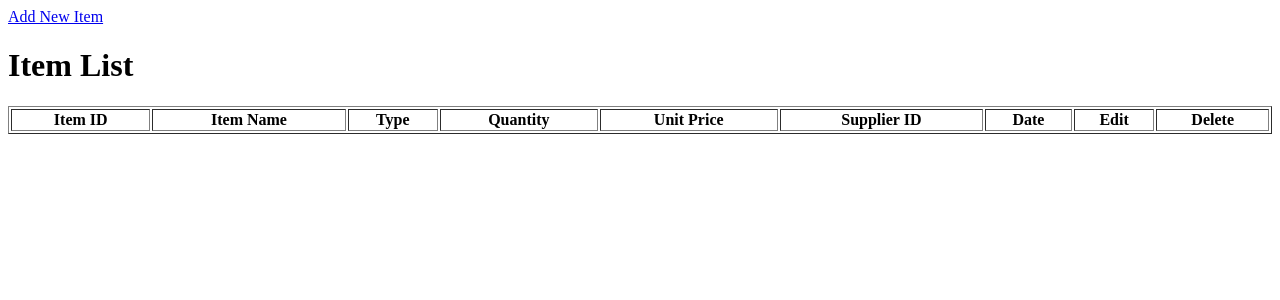
Repository: nirmaniPathiranage/CSSE-Procurement-Management
Page: http://localhost/Item_Management/ListItemServlet
The author's editor kept a copy of each file at every save. The page is drawn from the files as they stood at one save, then again after the next save.
The browser window is 1280 px wide. The pictures show the whole page.
The page is served by Tomcat 9. Queries for data that is not in the repository find no rows.

Above is the page before, as saved 2019-09-29 20:37:18.

After the next save:
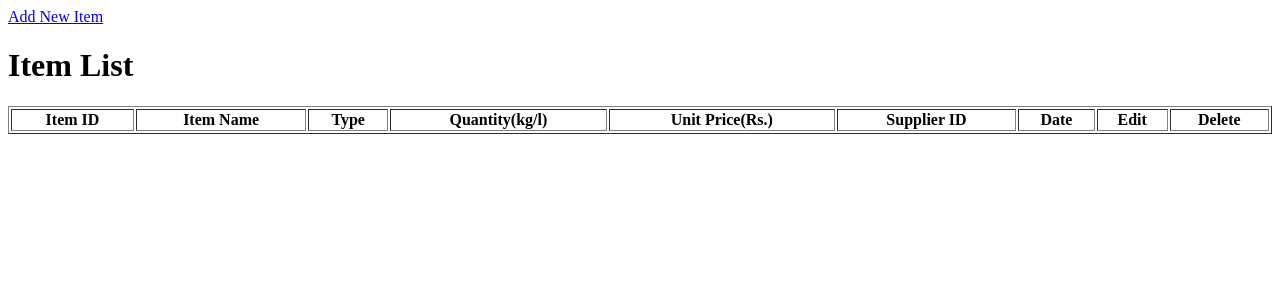
Saved 6 min 16 s later.
--- a/Item_Management/src/com/mvc/servlet/ListItemServlet.java
+++ b/Item_Management/src/com/mvc/servlet/ListItemServlet.java
@@ -45,7 +45,7 @@ public class ListItemServlet extends HttpServlet {
 
 		out.print("<table border='1' width='100%'");
 		out.print(
-				"<tr><th>Item ID</th><th>Item Name</th><th>Type</th><th>Quantity</th><th>Unit Price</th><th>Supplier ID</th><th>Date</th><th>Edit</th><th>Delete</th></tr>");
+				"<tr><th>Item ID</th><th>Item Name</th><th>Type</th><th>Quantity(kg/l)</th><th>Unit Price(Rs.)</th><th>Supplier ID</th><th>Date</th><th>Edit</th><th>Delete</th></tr>");
 
 		for (Item item : list) {
 			out.print("<tr><td>" + item.getItemID() + "</td><td>" + item.getItemName() + "</td><td>" + item.getType()
